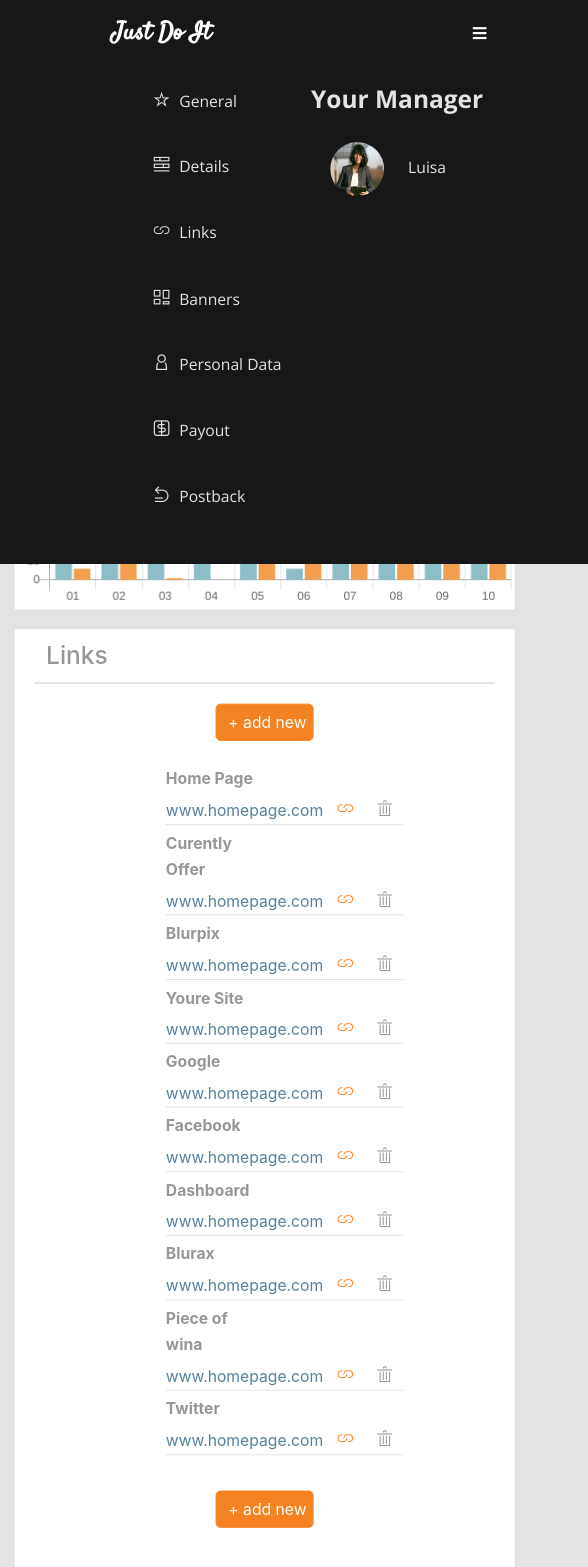
Repository: OllaWilk/wwwJustDoIt
Page: index.html
The author's editor kept a copy of each file at every save. The page is drawn from the files as they stood at one save, then again after the next save.
The browser window is 600 px wide. The pictures show the whole page, at 98% of full size.
Some web libraries are served in a nearby version. The style sheet was rebuilt from its Sass, Less or Tailwind sources for each picture, by a compiler version that may differ from the author's.

Above is the page before, as saved 2019-12-25 18:27:08.

### index.html
<!DOCTYPE html>
<html lang=”en”>
    <head>
        <meta charset=”utf-8”>
        <meta name="viewport" content="width=device-width, initial-scale=1.0">
        <meta http-equiv="X-UA-Compatible" content="ie=edge">
        <meta name="description" content="Projekt indywidualny z kursu Kodilla">
        <meta name="keywords" content="kodilla, indiwidual, project">
        <title>Just Do It - soloProject</title>
            <link href="https://use.fontawesome.com/releases/v5.7.2/css/all.css" rel="stylesheet">
            <link href="https://fonts.googleapis.com/css?family=Open+Sans:400,400i,700|Satisfy&display=swap&subset=latin-ext" rel="stylesheet">
            <link rel="stylesheet" href="https://stackpath.bootstrapcdn.com/bootstrap/4.1.3/css/bootstrap.min.css" integrity="sha384-MCw98/SFnGE8fJT3GXwEOngsV7Zt27NXFoaoApmYm81iuXoPkFOJwJ8ERdknLPMO" crossorigin="anonymous">
            <link rel="stylesheet" href="css/style.css">
            <link rel="stylesheet" href="vendor/css/Glyphter.css">
        </head>

    <body>
        <nav class = "navigation">
            <div class = "navigationWraper">
                <div class  ="navigationTop">
                    <h1 class = "logo">Just Do It</h1>
                    <i id="hamburger" class="fas fa-bars"></i>
                </div>
                <div = class="navigationWraperMobile">
                    <ul>
                        <li><i id="start" class="icon-general"></i><a class="menuButon" href="index.html">General</a></li>
                        <li><i id="details" class="icon-details"></i><a class="menuButon" href="index.html">Details </a></li>
                        <li><i id="links" class="icon-links"></i><a class="menuButon" href="index.html">Links</a></li>
                        <li><i id="banners" class="icon-banners"></i><a class="menuButon" href="index.html">Banners</a></li>
                        <li><i id="personal data" class="icon-personaldata"></i><a class="menuButon" href="index.html">Personal Data</a></li>
                        <li><i id="payout" class="icon-payout"></i><a class="menuButon" href="index.html">Payout</a></li>
                        <li><i id="postback" class="icon-postback"></i><a class="menuButon" href="index.html">Postback</a></li>
                    </ul>
                    <div class = "menagoImg">
                        <h2>Your Manager</h2>
                        <a class="menuButon" href = "index.html">
                            <img src="images/business-woman-746766_1920.jpg">
                        </img>Luisa</a>
                    </div>
                </div>
            </div>
        </nav>

        <div class= "topMenu">
            <div class = "topMenuWrapper">
                <div class= "iconsTopMenu">
                    <i id="wallet" class="icon-wallet"></i>
                    <h3>$ 1,5000</h3>
                    <i id="arrowDown" class="icon-arrow-down-small"></i>
                </div>
                <div class= "iconsTopMenu">
                    <i id="notification" class="icon-notification"></i>
                </div>
                <div class= "iconsTopMenu">
                    <i id="profile" class="icon-profile"></i>
                    <p>Jan Kowalski</p>
                </div>
                <div class= "iconsTopMenu">
                    <i id="start" class="icon-quit"></i>
                </div>
            </div>
        </div>

        <section class = "container">
            <div class = "section  mainPage">
                <h2  class="title">General Statistics</h2>
                <div class="dates">
                    <div class="datesConteiner">
                        <div class="dateStart">12.11.2019</div>
                        <div class="dateEnd">15.11.2019 </div>
                        <i id="calendar" class="icon-calendar"></i>
                    </div>
                    <a href="index.html" id="refresh" class="btnRefrsh btn icon-refresh"></a>
                </div>
                <div class="statistic">
                    <div class="legendWrap">
                        <table>
                            <tr>
                              <td class="visitSignups">
                                <h3>Visit signups</h3>
                                <p>124</p>
                              </td>
                              <td class="netDeposit">
                                <h3>Net deposit</h3>
                                <p>564</p>
                              </td>
                            </tr>
                            <tr>
                              <td class="FTD">
                                <h3>FTD</h3>
                                <p>445</p>
                              </td>
                              <td class="turnOver">
                                <h3>Turn over</h3>
                                <p>435</p>
                              </td>
                            </tr>
                        </table>
                    </div>
                    <canvas id="myChart"></canvas>
                </div>
            </div>

            <div class = "section links">
                <h2  class="title">Links</h2>
                <div class="btnWraper">
                    <a href="index.html" id="refresh" class="btn btnAddNew">+ add new</a>
                </div>
                <div class = "linkWraper">
                    <ul>
                        <li>
                            <p>Home Page</p>
                            <a href="index.html">www.homepage.com</a>
                            <i id="start" class="colorLinks icon-links"></i>
                            <i id="start" class="icon-trash"></i>
                        </li>
                        <li>
                            <p>Curently Offer</p>
                            <a href="index.html">www.homepage.com</a>
                            <i id="start" class="colorLinks icon-links"></i>
                            <i id="start" class="icon-trash"></i>
                        </li>
                        <li>
                            <p>Blurpix</p>
                            <a href="index.html">www.homepage.com</a>
                            <i id="start" class="colorLinks icon-links"></i>
                            <i id="start" class="icon-trash"></i>
                        </li>
                        <li>
                            <p>Youre Site</p>
                            <a href="index.html">www.homepage.com</a>
                            <i id="start" class="colorLinks icon-links"></i>
                            <i id="start" class="icon-trash"></i>
                        </li>
                        <li>
                            <p>Google</p>
                            <a href="index.html">www.homepage.com</a>
                            <i id="start" class="colorLinks icon-links"></i>
                            <i id="start" class="icon-trash"></i>
                        </li>
                        <li>
                            <p>Facebook</p>
                            <a href="index.html">www.homepage.com</a>
                            <i id="start" class="colorLinks icon-links"></i>
                            <i id="start" class="icon-trash"></i>
                        </li>
                        <li>
                            <p>Dashboard</p>
                            <a href="index.html">www.homepage.com</a>
                            <i id="start" class="colorLinks icon-links"></i>
                            <i id="start" class="icon-trash"></i>
                        </li>
                        <li>
                            <p>Blurax</p>
                            <a href="index.html">www.homepage.com</a>
                            <i id="start" class="colorLinks icon-links"></i>
                            <i id="start" class="icon-trash"></i>
                        </li>
                        <li>
                            <p>Piece of wina</p>
                            <a href="index.html">www.homepage.com</a>
                            <i id="start" class="colorLinks icon-links"></i>
                            <i id="start" class="icon-trash"></i>
                        </li>
                        <li>
                            <p>Twitter</p>
                            <a href="index.html">www.homepage.com</a>
                            <i id="start" class="colorLinks icon-links"></i>
                            <i id="start" class="icon-trash"></i>
                        </li>
                    </ul>

                </div>
                <div class="btnWraper">
                    <a href="index.html" id="refresh" class="btn btnAddNew">+ add new</a>
                </div>
            </div>
        </section>

        <script src="https://cdnjs.cloudflare.com/ajax/libs/Chart.js/2.4.0/Chart.min.js"></script>
        <script src="js/script.js"></script>
    </body>
</html>

### js/script.js
const hamburgerMenuLeft = document.getElementById('hamburger');
const mobileMenu = document.querySelector('.navigationWraperMobile');

hamburger.addEventListener('click', function(){
    mobileMenu.classList.toggle('active');
});

var ctx = document.getElementById('myChart').getContext('2d');

var chart = new Chart(ctx, {
    // 1
    type: 'bar',
    data: {
        // 2
        labels: ["01", "02", "03", "04", "05", "06", "07", "08", "09", "10"],
        // 3
        datasets: [{
            // 4
            label: "Signups",
            // 5
            backgroundColor: '#8DBEC8',
            borderColor: '#8DBEC8',
            // 6
            data: [ 52, 51, 41, 94, 26, 6, 72, 9, 21, 88 ],
        },
        {
            label: "FTD",
            backgroundColor: '#F29E4E',
            borderColor: '#F29E4E',
            data: [ 6, 72, 1, 0, 47, 11, 50, 44, 63, 76 ],
        },
        {
            label: "Earned",
            backgroundColor: '#71B374',
            borderColor: '#71B374',
            data: [ 59, 49, 68, 90, 67, 41, 13, 38, 48, 48 ],
            // 7
            hidden: true,
        }]
    },
});

### sass/style.scss
/*importy styli*/
@import "variables";
@import "mixins";

@import "normalize";
@import "layout";

@import "sections/leftNavigtation";
@import "sections/topUserMenu";

@import "pages/mainPage";
@import "pages/links";
@import "components/mediaQuery";

### sass/_variables.scss
/*stałe graficzne*/
/*colors*/
$color-dark: #171717;
$color-light: #ffffff;
$color-buttonGreyDark: #979797;
$color-buttonGreyLight: #bbbbbb;
$color-buttonDisable: #e4e4e4;
$color-background: #E3E3E3;
$color-buttonOrangeDark: #F58220;
$color-buttonOrangeLight: #FFA200;
$color-onlineButton: #04AE00;
$color-notificationClicked: #74B67A;
$color-notificationUnclicked: #96CC9B;
$color-buttonNegativeClicked: #DE5252;
$color-buttonNegativeUnclicked: #EC7171;
$color-links: #56819F;
$color-strongRed: #FF0000;

/*font sizes*/

$paragraph-font-size: 16px;

/*fonts*/
$logo: 'Satisfy', cursive;
$brand-font: "Open Sans", Helvetica, Arial;
$default-font: 'Roboto', sans-serif;

### sass/_mixins.scss
/*buttons*/
.btn {
  display: inline-block;
  border-radius: 5px;
  font-size: 16px;
  text-align: center;
  text-decoration: none;
  cursor: pointer;
  border: 1px solid $color-buttonOrangeDark;
  background-color: $color-buttonOrangeDark;
  color: $color-light;
  width: 100px;
  &:hover {
    background-color: $color-light;
    color: $color-buttonGreyDark;
    border: 1px solid $color-buttonGreyDark;
  }
}


.btnRefrsh {
  width: 40px;
  height: 40px;
  margin: 20px;
}

@mixin flex-center {
  display: flex;
  justify-content: center;
}

/*links*/

### sass/_layout.scss
/*Global*/
html {
    box-sizing: border-box;
}

*, *::before, *::after {
    box-sizing: inherit;
}

body {
    margin: 0;
    background-color: $color-background;
    font-size: 16px;
    line-height: 1.7;
    display: flex;
}

.container {
    width: calc(100% - 240px); //NIE DZIAŁA DLACZEGO?
    top: 70px;
    left: 240px;
    position: absolute;
    z-index: -1;
}

.section {
    background-color: $color-light;
    //width: 141%; //tu musi być 141% bo szerokość kontenera nie mogę zmienić
}

### sass/sections/_leftNavigtation.scss
.navigation {
    width: 240px;
    height: 100vh;
    position: fixed;
    background-color: $color-dark;
    color: $color-light;
    padding: 10px;

}

.navigationWraper {
    font-family: $brand-font;
    ul {
        font-size: 16px;
        list-style-type: none;
        color: $color-background;
        li {
            margin: 20px 0px;
            padding:10px;
            &:hover {
                border-left: 4px solid $color-buttonOrangeDark;
            }
        }
    }
}

.navigationTop {
    display: flex;
    align-items: baseline;
    i {
        opacity: 0;
        cursor: none;
    }
}

.logo {
    font-family: $logo;
    font-size: 25px;
    font-weight: 600;
    margin: 10px auto;
}

.menuButon {
    color: $color-background;
    font-family: $brand-font;
    font-size: 16px;
    margin: 0 10px;
    text-decoration: none;
    &:hover {
        color: $color-background;
        text-decoration: none;
    }
}

.menagoImg {
    h2 {
        font-size: 25px;
        font-weight: 600;
        color: $color-background;
        margin: 25px 0 10px 10px;
    }
    a {
        img {
            border-radius: 50%;
            height: 55px;
            width: 55px;
            margin: 20px;
        }

    }
}

### sass/sections/_topUserMenu.scss
.topMenu {
    background-color: $color-light;
    width: calc(100% - 240px);
    height: 50px;
    margin-left: 240px;
    position: fixed;
}

.topMenuWrapper {
    display: flex;
    float: right;
    width: auto;
    margin: 5px 10px;
}

.iconsTopMenu {
    display: flex;
    align-items: baseline;
    border-left: 2px solid $color-background;
    padding: 10px 20px 0 20px;
    i {
        display:inline-block;
    }
    h3 {
        font-size: 20px;
        margin: 0 10px;
        font-weight: bold;
        font-family: $default-font;
    }
    p{
        font-size: 16px;
        margin: 0 10px;
        font-family: $default-font;
    }
}

/*UWAGI
inny krótszy zapisz gdzie p z 52 linijki html jest zamienione na h3: nie działa :first-child a działa :last-child

.iconsTopMenu {
    display: flex;
    align-items: baseline;
    border-left: 2px solid $color-background;
    padding: 10px 20px 0 20px;
    i {
        display:inline-block;
    }
    h3 {
        font-size: 16px;
        margin: 0 10px;
        font-weight: bold;
        :first-child{
            font-weight: bold;
        }
    }
}

*/

### sass/pages/_mainPage.scss
.title {
    color: $color-buttonGreyDark;
    font-weight: 550;
    font-size: 25px;
    border-bottom: 2px solid $color-background;
    padding: 12px;
    margin: 0 20px;
}

//Daty

.dates {
    display: flex;
    justify-content: center;
    padding: 20px 30px;
    align-items: baseline;
    border-bottom: 1px solid $color-background;
}

.datesConteiner {
    padding: 5px 10px;
    border: 1px solid $color-background;
    border-radius: 2px;
    display: flex;
    align-items: baseline;
    div {
        border-right: 1px solid $color-background;
        padding-left: 20px;
        padding-right: 40px;
        font-size: 16px;
    }
    i {
        color: $color-background;
        padding-left: 5px;
    }
}

.legendWrap {
    table {
      margin: 20px auto;
      width: 70%;
      border-spacing: 25px; //dlaczego nie działasz?
      tr {
        td {
          position: relative;
          padding: 0;
          border-bottom: 3px solid $color-background;
          width: auto;
          h3, p {
            display: inline;
            font-family: $brand-font;
            font-size: 16px;
            font-weight: bold;
            color: $color-buttonGreyDark;
            padding-right:  30px;
          }
          p {
            position: absolute;
            right: 0;
            margin: 0;
            font-weight: 500;
          }
        }
      }
    }
  }

### sass/pages/_links.scss

//Linki
.links {
    margin-top: 20px;
    padding-bottom: 20px;
}

.btnWraper {
    display: flex;
    justify-content: center;
}

.btnAddNew {
    margin: 20px;

}

.linkWraper {
    font-size: 16px;
    color: $color-buttonGreyDark;
    display: flex;
    justify-content: center;
    ul {
        li {
            display: flex;
            align-items: baseline;
            border-bottom: 1px solid $color-background;
            &:hover {
                background-color: $color-background;
            }
            p {
                font-weight: bold;
                margin: 5px 0;
                width: 320px;
            }
        }
    }
    a {
        color: $color-links;
        text-decoration: none;
        width: 320px;
    }
    i {
        margin: 0 10px;
    }
}

.colorLinks {
    color: $color-buttonOrangeDark;
    margin-left: 320px;
}

### sass/components/_mediaQuery.scss
@media (max-width: 750px) {
    /*topUserMenu*/
    .topMenu {
        margin: auto;
        z-index: -1;
    }

    .topMenuWrapper {
        display: none;
    }

    /*leftNavigationMenu*/

    .navigation  {
        width: 100%;
        height: auto;
    }

    .navigationTop {
        justify-content: space-around;
        z-index: 1;
        i {
            opacity: 1;
            font-size: 16px;
            margin-left: 70px;
            cursor: pointer;
            &:hover {
                color: $color-buttonOrangeDark;
            }
        }
    }

    .logo {
        margin: 10px;
    }

    .navigationWraperMobile {
        display: none;
        width: 100%;
        display: flex;
        justify-content: center;

    }

    .navigationWraperMobile.active {
        display: block;
        position: fixed;
        right: 0;
        height: 100%;
        background-color: $color-dark;
        z-index: 1;
        line-height: 0;
    }

    .container {
        left: 0;
        width: 100%;
        top: 90px;
    }

    .linkWraper {
        width: 100%;
        ul {
            li {
            display: block;
            p {
                width: 100px;
            }
            }
        }
    }
}

Loaded but not shown: vendor/css/Glyphter.css (common file); sass/_normalize.scss (common file)

After the next save:
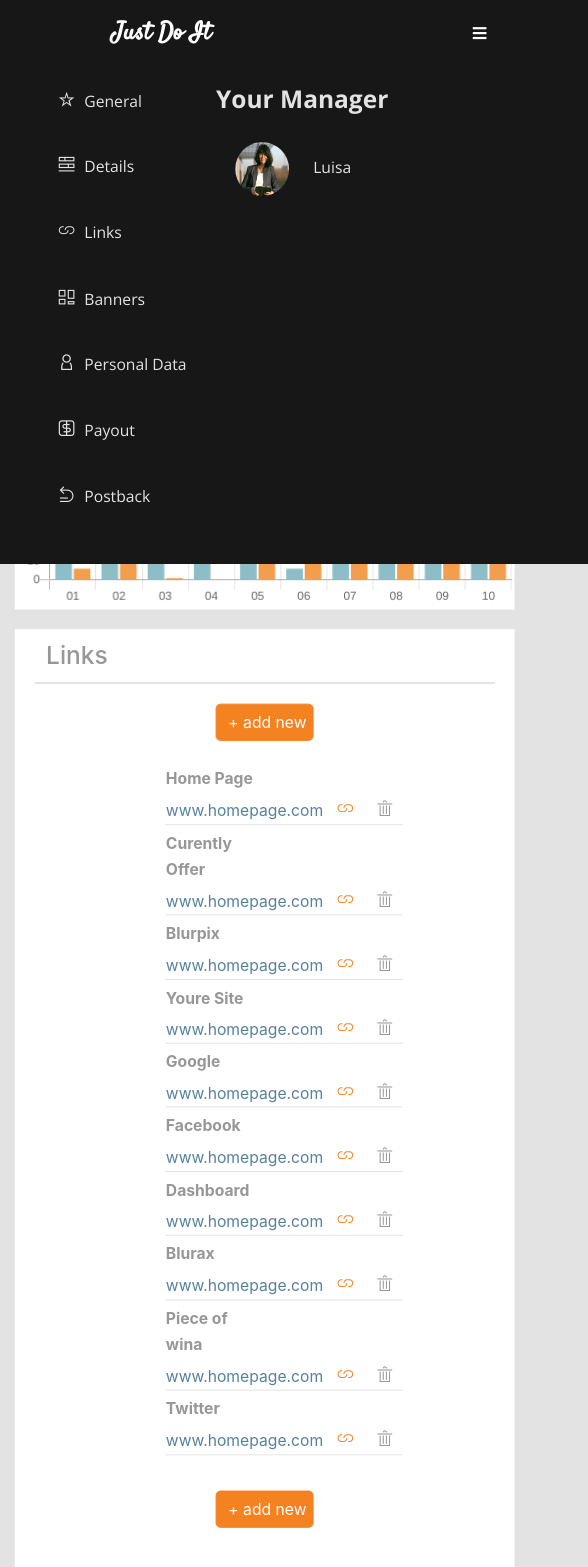
Saved 19 s later.
--- a/sass/components/_mediaQuery.scss
+++ b/sass/components/_mediaQuery.scss
@@ -38,8 +38,7 @@
         display: none;
         width: 100%;
         display: flex;
-        justify-content: center;
-
+        margin: auto;
     }
 
     .navigationWraperMobile.active {
